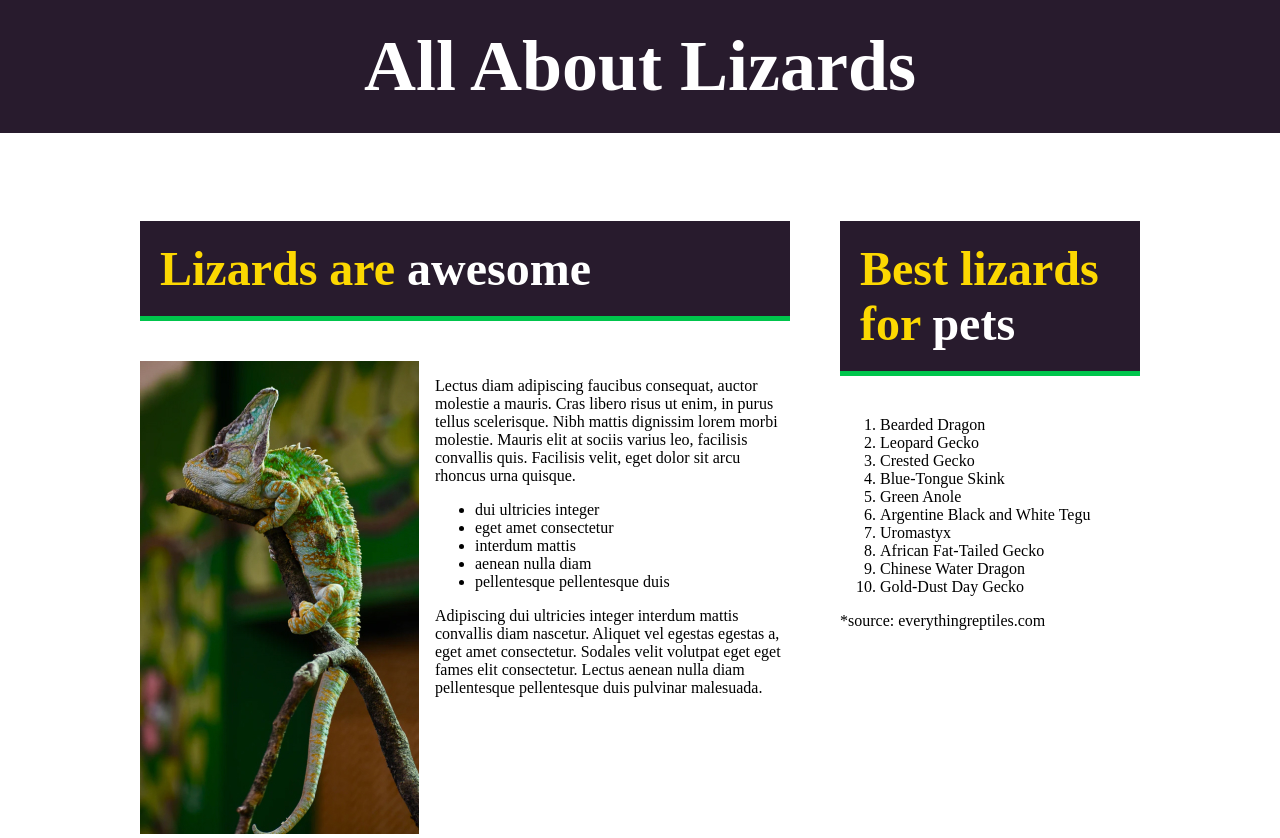
Repository: Doumham-Armah/lizards-landing--page
Page: index.html
The author's editor kept a copy of each file at every save. The page is drawn from the files as they stood at one save, then again after the next save.
The browser window is 1280 px wide. The pictures show the whole page.

Above is the page before, as saved 2021-08-10 15:19:08.

### index.html
<!DOCTYPE html>
<html>
  <head>
    <title>All about lizards</title>
    <link href="css/style.css" rel="stylesheet" />
  </head>
  <body>
    <header>
      <h1>All About Lizards</h1>
    </header>

    <main>
      <div class="container">
        <div class="columns">
          <section class="main-content">
            <h2 class="subhead">
              Lizards are <span class="white-text">awesome</span>
            </h2>

            <div class="columns">
              <div class="col-left">
                <img
                  src="images/chameleon.jpg"
                  alt="a chameleon climbing a branch"
                />
              </div>

              <div class="col-right">
                <p>
                  Lectus diam adipiscing faucibus consequat, auctor molestie a
                  mauris. Cras libero risus ut enim, in purus tellus
                  scelerisque. Nibh mattis dignissim lorem morbi molestie.
                  Mauris elit at sociis varius leo, facilisis convallis quis.
                  Facilisis velit, eget dolor sit arcu rhoncus urna quisque.
                </p>

                <!-- insert the unordered list here -->
                <ul>
                  <li>dui ultricies integer</li>
                  <li>eget amet consectetur</li>
                  <li>interdum mattis</li>
                  <li>aenean nulla diam</li>
                  <li>pellentesque pellentesque duis</li>
                </ul>

                <p>
                  Adipiscing dui ultricies integer interdum mattis convallis
                  diam nascetur. Aliquet vel egestas egestas a, eget amet
                  consectetur. Sodales velit volutpat eget eget fames elit
                  consectetur. Lectus aenean nulla diam pellentesque
                  pellentesque duis pulvinar malesuada.
                </p>
              </div>
            </div>
          </section>

          <aside class="sidebar">
            <h2 class="subhead">
              Best lizards for <span class="white-text">pets</span>
            </h2>
            <!-- insert the ordered list here -->
            <ol>
              <li>Bearded Dragon</li>
              <li>Leopard Gecko</li>
              <li>Crested Gecko</li>
              <li>Blue-Tongue Skink</li>
              <li>Green Anole</li>
              <li>Argentine Black and White Tegu</li>
              <li>Uromastyx</li>
              <li>African Fat-Tailed Gecko</li>
              <li>Chinese Water Dragon</li>
              <li>Gold-Dust Day Gecko</li>
            </ol>
            <p>*source: everythingreptiles.com</p>
          </aside>
        </div>
        <!-- close columns -->
      </div>
      <!-- close container -->
    </main>
  </body>
</html>

### css/style.css
body {
  margin: 0;
}

/* solution with h1 only */

h1 {
  background-color: #281b2d;
  color: #fff;
  text-align: center;
  font-size: 72px;
  margin-top: 0;
  padding: 25px 0;
}

.subhead {
  background-color: #281b2d;
  color: #fcd801;
  font-size: 48px;
  padding: 20px;
  border-bottom: 5px solid #00c54c;
}

.white-text {
  color: #fff;
}

.container {
  max-width: 62.5rem;
  margin: 0 auto;
  padding: 0 1.5rem;
}

.columns {
  display: flex;
}

.col-right {
  margin-left: 1rem;
}

.main-content {
  width: 65%;
  margin-right: 5%;
}

.sidebar {
  width: 30%;
}

After the next save:
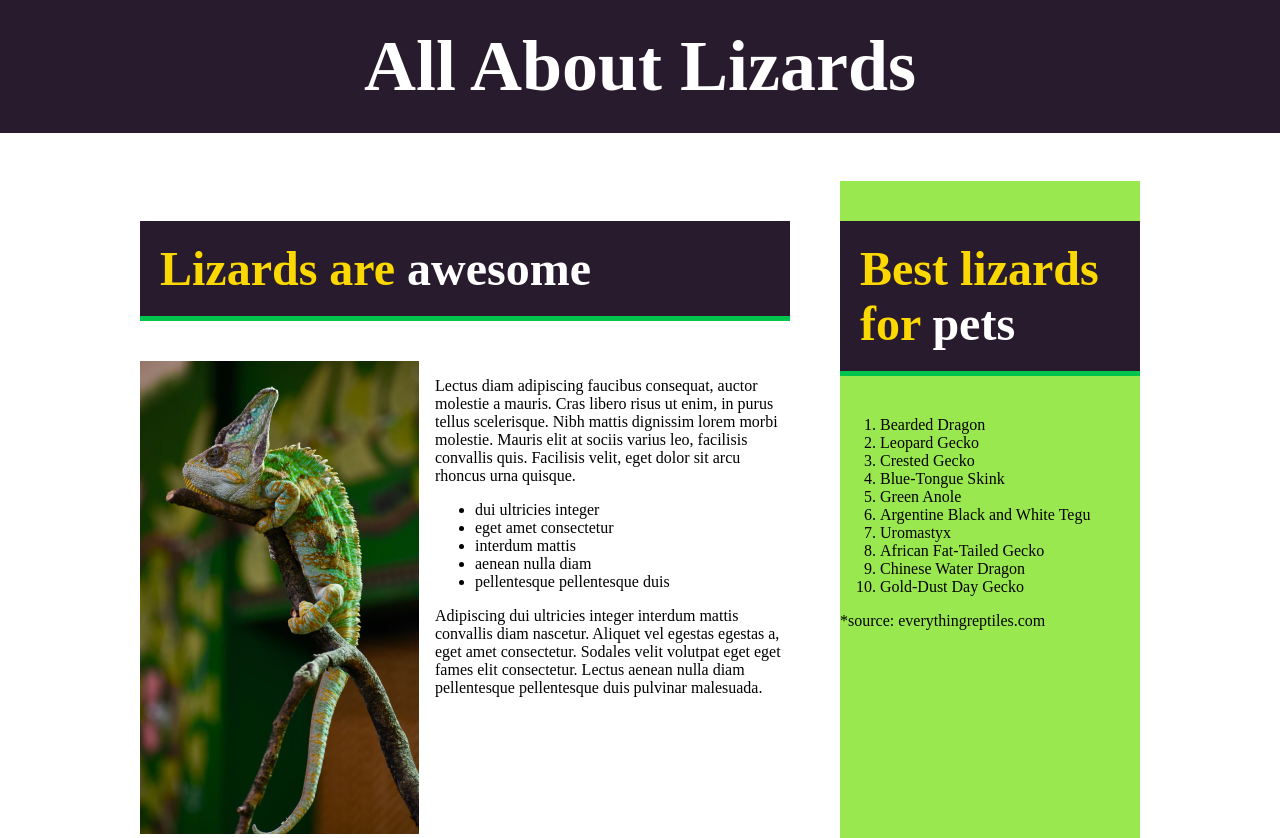
Saved 7 min 48 s later.
--- a/css/style.css
+++ b/css/style.css
@@ -47,3 +47,7 @@ h1 {
 .sidebar {
   width: 30%;
 }
+
+.sidebar {
+  background-color: #9ae84f;
+}
